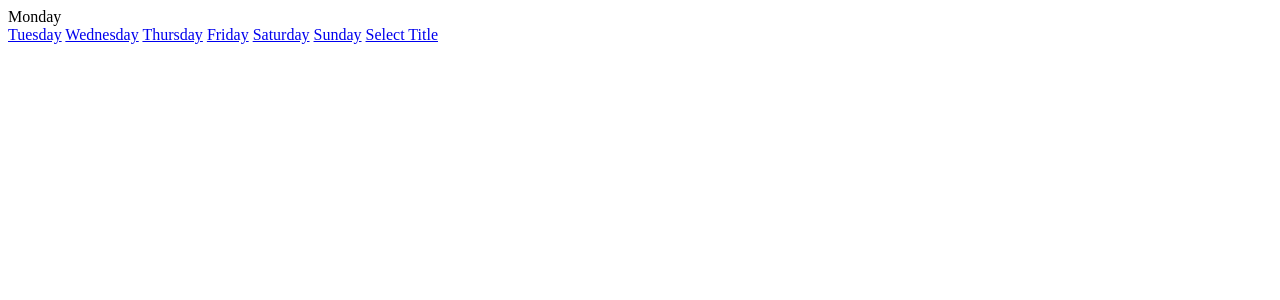
Repository: Art-of-Arts/dotFiles
Page: Documents/pages/index.html
These files come from the project's save history. The page is drawn as it stood at one moment and after the next save; the edit follows.
The browser window is 1280 px wide. The pictures show the whole page.

Above is the page before, as saved 2025-01-26 20:24:43.

### Documents/pages/index.html
<!DOCTYPE html>

<title>Select Title</title>

<!-- <div style="list-style: circle; list-style: none;"> -->
<span style="white-space: pre-line;"
    <a href="monday.html">Monday</a>
</span>
<a href="tuesday.html">Tuesday</a>
<a href="wednesday.html">Wednesday</a>
<a href="thrusday.html">Thursday</a>
<a href="friday.html">Friday</a>
<a href="saturday.html">Saturday</a>
<a href="sunday.html">Sunday</a>
<a href="html-selector-page.html">Select Title</a>
<!-- </div> -->

After the next save:
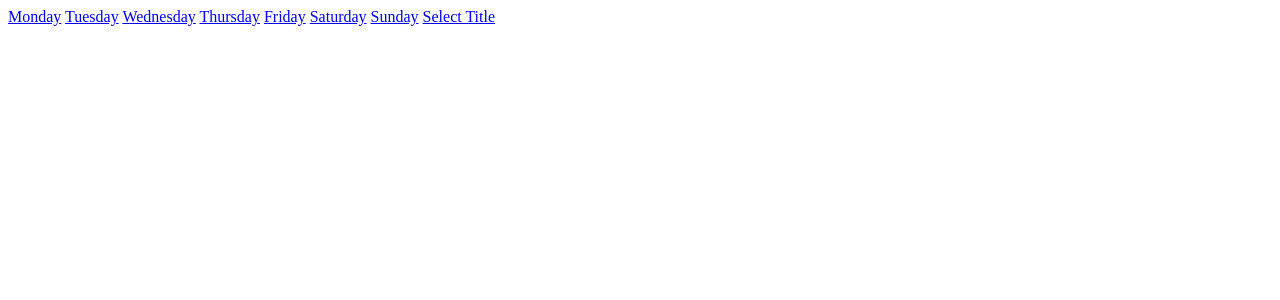
Saved 19 s later.
--- a/Documents/pages/index.html
+++ b/Documents/pages/index.html
@@ -3,9 +3,7 @@
 <title>Select Title</title>
 
 <!-- <div style="list-style: circle; list-style: none;"> -->
-<span style="white-space: pre-line;"
-    <a href="monday.html">Monday</a>
-</span>
+<a href="monday.html">Monday</a>
 <a href="tuesday.html">Tuesday</a>
 <a href="wednesday.html">Wednesday</a>
 <a href="thrusday.html">Thursday</a>
